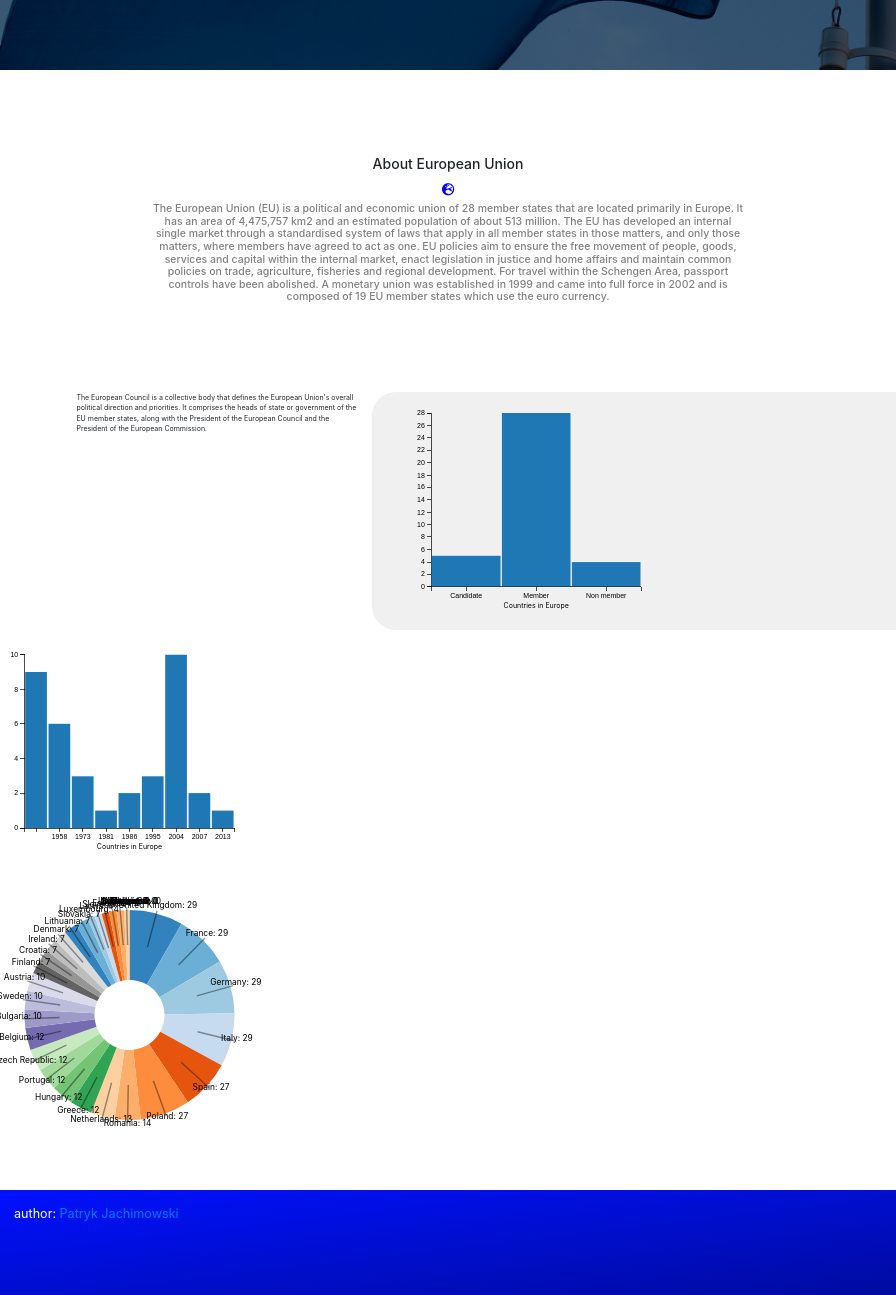
Repository: pjachimowski/renewable
Page: index.html
The author's editor kept a record of every edit. The page is drawn from the files as they stood at one moment, then again after the next edit.
The browser window is 1280 px wide. The pictures show the part of the page from y = 670 to 2590 px (the page is 2520 px tall before and 2590 px after), at 70% of full size.
Backgrounds fixed to the window are drawn as part of the page. Some web fonts or font styles are not loaded; a fallback is used. Some web libraries are served in a nearby version.

Above is the page before.

### index.html
<!DOCTYPE html>
<html lang="en">

<head>
    <meta charset="UTF-8">
    <meta name="viewport" content="width=device-width, initial-scale=1.0">
    <meta http-equiv="X-UA-Compatible" content="ie=edge">

    <title>EU Stats</title>

    <link rel="stylesheet" href="static/css/style.css" type="text/css" />
    <link rel="stylesheet" href="static/css/dc.min.css" type="text/css" />
    <link rel="stylesheet" href="static/css/bootstrap.min.css" type="text/css" />
    <link rel="stylesheet" href="https://maxcdn.bootstrapcdn.com/bootstrap/4.1.3/css/bootstrap.min.css">
    <link rel="stylesheet" href="https://use.fontawesome.com/releases/v5.6.1/css/all.css" integrity="sha384-gfdkjb5BdAXd+lj+gudLWI+BXq4IuLW5IT+brZEZsLFm++aCMlF1V92rMkPaX4PP" crossorigin="anonymous">
    <link href="https://fonts.googleapis.com/css?family=Akronim|Raleway" rel="stylesheet">


    <script type="text/javascript" src="static/js/d3.min.js"></script>
    <script type="text/javascript" src="static/js/crossfilter.min.js"></script>
    <script type="text/javascript" src="static/js/dc.min.js"></script>
    <script type="text/javascript" src="static/js/queue.min.js"></script>
    <script type="text/javascript" src="static/js/graphs2.js"></script>
</head>

<body>

    <!-- navbar --------------------------------------------------------------------------------------------->

    <nav class="mynavbar navbar-expand-sm">
        <div>
            <a href="../index.html">
                <p class="fas fa-home home"></p>
            </a>
        </div>
    </nav>

    <!-- callout --------------------------------------------------------------------------------------------->

    <section class="container-callout container-fluid">
        <div class="opaque-overlay">&nbsp;</div>
        <div class="row">
            <div class="col-12 text-center">
                <div>
                    <h1 class="title1">Introduction to European Union</h1>
                </div>
                <div>
                    <p class="title2">The European Union is a unique economic and political union between twenty-eight countries.
                    </p>
                    <p class="title3">Let's start with the video:</p>
                    <iframe width="560" height="315" src="https://www.youtube.com/embed/9eufLQ3sew0" frameborder="0" allow="accelerometer; autoplay; encrypted-media; gyroscope; picture-in-picture" allowfullscreen></iframe>
                </div>
            </div>
        </div>

    </section>
    <!------- intro ------->

    <section class="container-callout-2">
        <div class="row">
            <div class="col-2"></div>
            <div class="col-8 intro text-center">
                <div>
                    <h2>About European Union</h2>
                </div>
                <i class="fas fa-globe-europe devider"></i>
                <div>
                    <h4 class="text2">
                        The European Union (EU) is a political and economic union of 28 member states that are located primarily in Europe. It has an area of 4,475,757 km2 and an estimated population of about 513 million. The EU has developed an internal single market through
                        a standardised system of laws that apply in all member states in those matters, and only those matters, where members have agreed to act as one. EU policies aim to ensure the free movement of people, goods, services and capital
                        within the internal market, enact legislation in justice and home affairs and maintain common policies on trade, agriculture, fisheries and regional development. For travel within the Schengen Area, passport controls have been
                        abolished. A monetary union was established in 1999 and came into full force in 2002 and is composed of 19 EU member states which use the euro currency.
                    </h4>
                </div>
            </div>
            <div class="col-2"></div>
        </div>

    </section>


    <!---- graphs ------------------->


    <section>
        <div class="row chart1">
            <div class="col-1">

            </div>
            <div class="col-4">
                <p>The European Council is a collective body that defines the European Union's overall political direction and priorities. It comprises the heads of state or government of the EU member states, along with the President of the European Council and the President of the European Commission.</p>
            </div>
            <div class="col-7 card-styling">
                <div class="charts" id="members_balance">
                </div>
            </div>
        </div>
        <div class="row chart1">
            <div id="year_accession"></div>
        </div>
        <div class="row chart1">
            <div id="council_votes"></div>
        </div>
        <div class="row chart1">
            <div id="parliament-seats"></div>
        </div>
    </section>

    <footer class="">
        <div class="footer">
            <p class="author">author: <a href="https://github.com/pjachimowski">Patryk Jachimowski</a></p>
        </div>
    </footer>
</body>

</html>

### static/css/style.css
html,
body {
    overflow-x: hidden;
}

body {
    font-family: "Railway", sans-serif;
}

/*------- navbar ---------------*/

.home {
    color: white;
    font-size: large;
    margin: 15px 15px 15px 15px;
}

.mynavbar {
    background-image: linear-gradient(to bottom right, #000B9F, #0011FF);
    position: relative;
    min-height: 50px;
    margin-bottom: 0px;

}

/*------- callout -----------*/

.container-callout {
    height: 100vh;
    background: url("../../assets/background1.jpg") no-repeat bottom right fixed;
    -webkit-background-size: cover;
    -moz-background-size: cover;
    -o-background-size: cover;
    background-size: cover;
    display: flex;
    align-items: center;
    justify-content: center;
    position: relative;
    margin-bottom: 50px;
}

.opaque-overlay {
    position: absolute;
    top: 0;
    left: 0;
    height: 100%;
    width: 100%;
    background-color: rgba(0, 0, 0, 0.5);
}

.title1 {
    color: white;
    text-transform: uppercase;

}

.title2 {
    font-size: medium;
    text-transform: uppercase;
    margin: 10px 50px 15px 50px;
    display: block;
    color: white;
}

.title3 {
    font-size: medium;
    font-style: italic;
    margin: 10px 50px 15px 50px;
    display: block;
    color: white;
}
/*---------- intro ----------*/

.container-callout-2 {
    height: 50vh;
    margin-bottom: 50px;
    -webkit-background-size: cover;
    -moz-background-size: cover;
    -o-background-size: cover;
    background-size: cover;
    display: flex;
    align-items: center;
    justify-content: center;
    position: relative;
}

.devider {
    color: blue;
    font-size: large;
    margin: 10px;
}

.text2 {
    color: gray;
}

/* ----------- charts cointainers --------*/

.chart1 {
    display: block;
    margin: 15px 10px 25px 10px;
}

.card-styling {
    background-color: #F0F0F0;
    border-radius: 35px 0px 0px 35px;
}

.charts {
    margin: 20px;
}

.about-charts {
    text-align: center;
}

/* ---------- footer ---------*/

.footer {
    background-image: linear-gradient(to bottom right, #0011FF, #000B9F);
    min-height: 150px;
    width: 100%;
    color: white;
    position: relative;
}

.author {
    font-size: large;
    padding: 20px 40px 10px 20px;
}

### static/js/graphs2.js
queue()
    .defer(d3.csv, "data/states.csv")
    .await(makeGraphs);

function makeGraphs(error, statesData) {
    var ndx = crossfilter(statesData);

    show_members_balance(ndx);
    show_year_accession(ndx);

    // pie charts

    show_council_votes(ndx);
    // show_parliament_seats(ndx);

    dc.renderAll();
}

/* ------ show_members_balance --------*/

function show_members_balance(ndx) {
    var dim = ndx.dimension(dc.pluck('European_Union'));
    var group = dim.group();

    dc.barChart("#members_balance")
        .width(400)
        .height(300)
        .margins({ top: 10, right: 50, bottom: 30, left: 50 })
        .dimension(dim)
        .group(group)
        .transitionDuration(500)
        .x(d3.scale.ordinal())
        .xUnits(dc.units.ordinal)
        .elasticY(true)
        .xAxisLabel("Countries in Europe")
        .yAxis().ticks(20);
}

/* ------ show_year_accession --------*/

function show_year_accession(ndx) {
    var dim = ndx.dimension(dc.pluck('Accession_Year'));
    var group = dim.group();

    dc.barChart("#year_accession")
        .width(400)
        .height(300)
        .margins({ top: 10, right: 50, bottom: 30, left: 50 })
        .dimension(dim)
        .group(group)
        .transitionDuration(500)
        .x(d3.scale.ordinal())
        .xUnits(dc.units.ordinal)
        .elasticY(true)
        .xAxisLabel("Countries in Europe")
        .yAxis().ticks(5);
}

/* ----- show_council_votes ------------*/

function show_council_votes(ndx) {
    var dim = ndx.dimension(d => d.country);
    var group = dim.group().reduceSum(d => d.council_votes);

    dc.pieChart("#council_votes")
        .height(400)
        .width(400)
        .radius(150)
        .slicesCap(37)
        .innerRadius(50)
        .dimension(dim)
        .group(group)
        .renderLabel(true)
        .drawPaths(true)
        .externalLabels(8)
        .on('pretransition', function(chart) {
            chart.selectAll('text.pie-slice').text(function(d) {
               return d.data.key + ': ' + d.data.value;
           });
        });
}





/*

var pieChart = dc.pieChart('#council_votes');
// d3.csv("data/.csv", function(errors, people) {
// console.log(people);
// var mycrossfilter = crossfilter(people);

var councilDimension = mycrossfilter.dimension(function(data) {
    return data.council_votes;
});
var councilGroup = councilDimension.group().reduceCount();

pieChart
    .width(800)
    .height(300)
    .dimension(councilDimension)
    .group(councilGroup)
    .on('renderlet', function(chart) {
        chart.selectAll('rect').on('click', function(d) {
            console.log('click!', d);
        });
    });


*/
/* ----- show_parliament_seats ------------*/

Loaded but not shown: static/css/dc.min.css (library); static/css/bootstrap.min.css (library); static/js/d3.min.js (library); static/js/crossfilter.min.js (library); static/js/dc.min.js (library); static/js/queue.min.js (common file)

After the next edit:
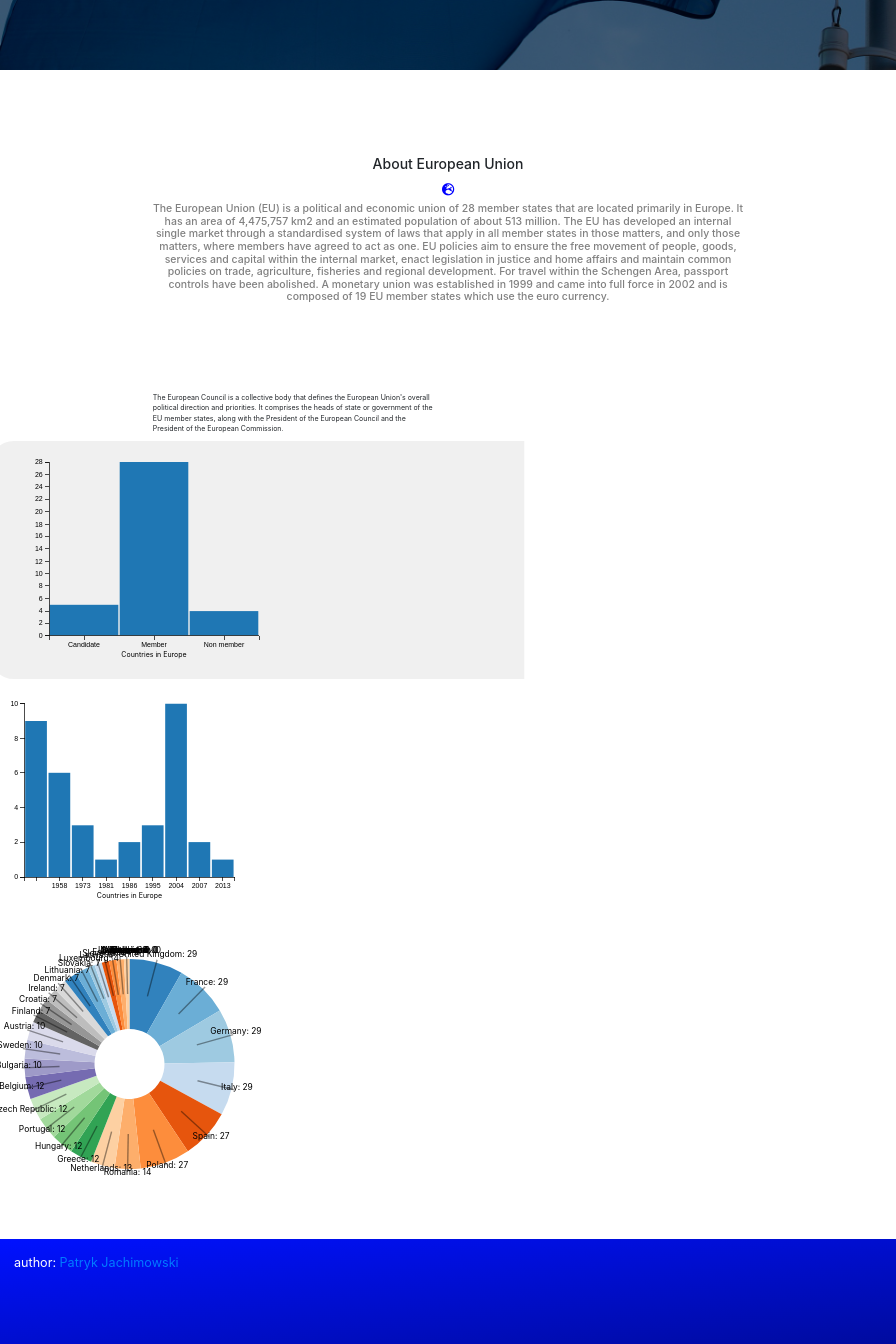
The edit:
--- a/index.html
+++ b/index.html
@@ -84,7 +84,7 @@
 
     <section>
         <div class="row chart1">
-            <div class="col-1">
+            <div class="col-2">
 
             </div>
             <div class="col-4">
